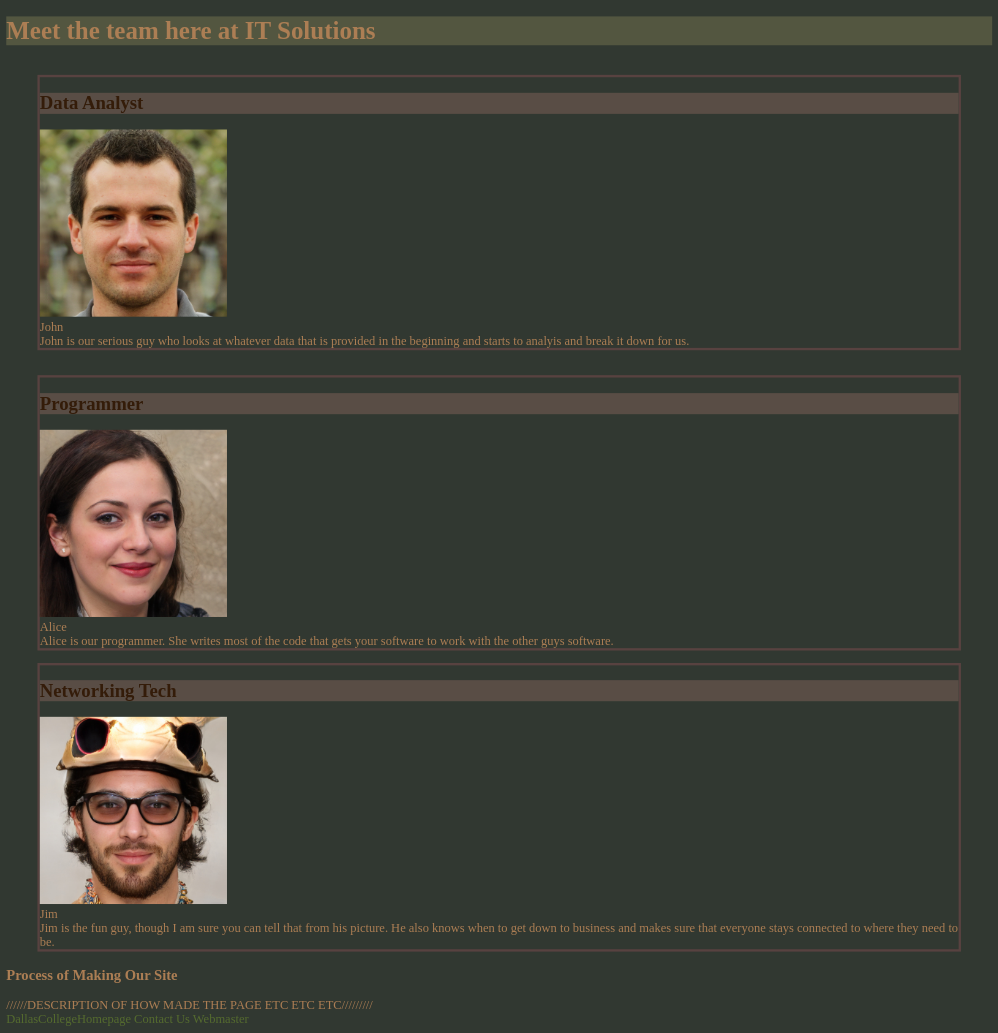
Repository: nsisk1/web-page-project
Page: team.html
These files come from the project's save history. The page is drawn as it stood at one moment and after a run of saves; the edit follows.
The browser window is 1280 px wide. The pictures show the whole page, at 78% of full size.

Above is the page before, as saved 2024-07-29 03:11:22.

After the next 3 saves:
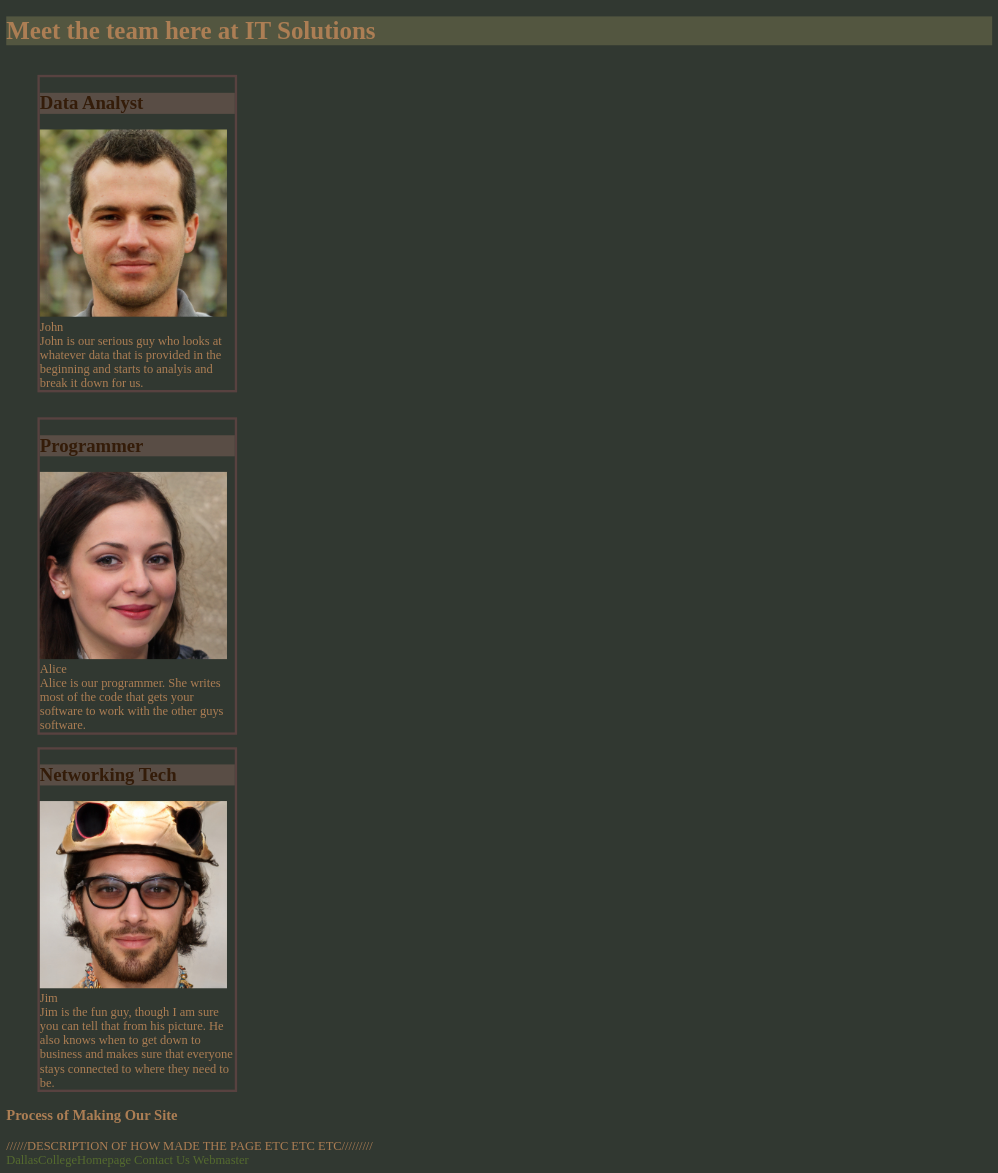
The 3 saves are shown as one change because they came seconds apart.
The last was saved 19 s later.
--- a/css/layout.css
+++ b/css/layout.css
@@ -55,7 +55,7 @@ article:nth-child(even)>figure {
 
 .column {
     flex-wrap: nowrap;
-    width: auto;
+    width: 250px;
     border: #584240 solid;
     justify-content: flex-start;
 }
